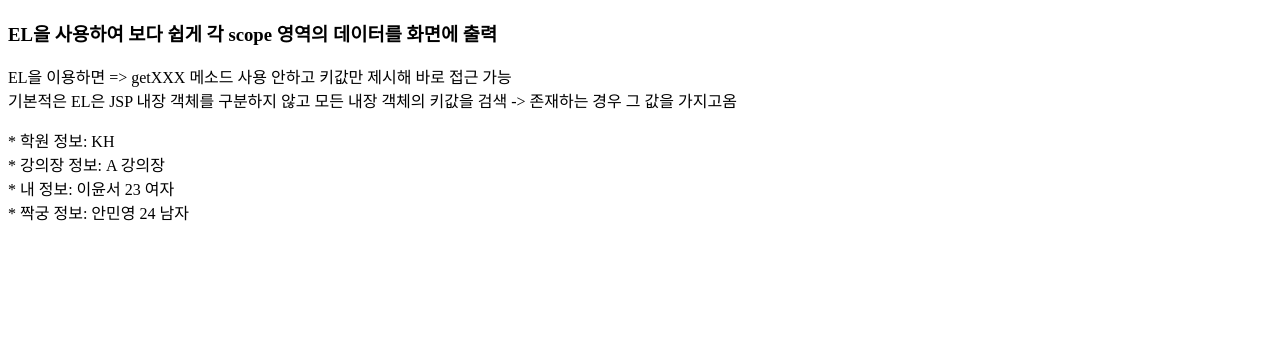
Repository: yoonseo0832/workspace
Page: http://localhost/2_jsp/el.do
An editor plug-in stored every save of this project. The page is shown before and after the next save, followed by the edit.
The browser window is 1280 px wide. The pictures show the whole page.
The page is served by Tomcat 9.

Above is the page before, as saved 2025-03-20 03:33:43.

### 05_server/2_jsp/src/main/webapp/views/2_EL/1_el.jsp
<%@ page language="java" contentType="text/html; charset=UTF-8"
    pageEncoding="UTF-8"%>
<%@ page import="model.vo.Student" %> <!-- 여러 개는 ,로 구분 -->
<!DOCTYPE html>
<html>
<head>
<meta charset="UTF-8">
<title>EL 기본 문법</title>
</head>
<body>
	<%--
	<h3>기존 방식(스크립틀릿, 표현식)으로 각 영역의 scope의 데이터를 화면에 출력</h3>
	<%
		//request scope의 데이터를 가져오기
		String classroom = (String)request.getAttribute("classroom");
		Student student = (Student)request.getAttribute("student");

		// session scope 의 데이터 가져오기
		String academy = (String)session.getAttribute("academy");
		Student std2 = (Student)session.getAttribute("student2");
	%>

	<p>
		* 학원 정보: <%=academy %><br>
		* 강의장 정보:  <%=classroom %><br>
		* 내 정보: <%=std2.getName() %>, <%=std2.getAge() %>, <%=std2.getGender() %><br>
		* 짝궁 정보: <%=student %><br>
	</p>
	--%>
	<h3>EL을 사용하여 보다 쉽게 각 scope 영역의 데이터를 화면에 출력</h3>
	<p>
		EL을 이용하면 => getXXX 메소드 사용 안하고 키값만 제시해 바로 접근 가능<br>
		기본적은 EL은 JSP 내장 객체를 구분하지 않고 모든 내장 객체의 키값을 검색 -> 존재하는 경우 그 값을 가지고옴
	</p>
	<p>
		* 학원 정보: ${ academy }<br>
		* 강의장 정보:  ${ classroom }<br>
		* 내 정보:	${ student2.name } ${ student2.age } ${ student2.gender }<br>
		* 짝궁 정보:	${ student.name } ${ student.age } ${ student.gender }
	</p>

</body>
</html>

### 05_server/2_jsp/src/main/java/controller/ELServlet.java
package controller;

import java.io.IOException;

import javax.servlet.ServletContext;
import javax.servlet.ServletException;
import javax.servlet.annotation.WebServlet;
import javax.servlet.http.HttpServlet;
import javax.servlet.http.HttpServletRequest;
import javax.servlet.http.HttpServletResponse;
import javax.servlet.http.HttpSession;

import model.vo.Student;

/**
 * Servlet implementation class ELServlet
 */
@WebServlet("/el.do")
public class ELServlet extends HttpServlet {
	private static final long serialVersionUID = 1L;

    /**
     * @see HttpServlet#HttpServlet()
     */
    public ELServlet() {
        super();
        // TODO Auto-generated constructor stub
    }

	/**
	 * @see HttpServlet#doGet(HttpServletRequest request, HttpServletResponse response)
	 */
	protected void doGet(HttpServletRequest request, HttpServletResponse response) throws ServletException, IOException {
		// TODO Auto-generated method stub
		/*
		 * JSP 내장 객체 종류
		 * => 데이터를 담을 수 있는 공간
		 *
		 * 1)  ServletContext (application scope)
		 * 		: 한 어플리케이션 당 1개 존재하는 객체
		 * 		해당 영역에 데이터를 담을 경우 어플리케이션 전역에서 사용 가능
		 * 2) HttpSession (session scope)
		 * 		: 한 브라우저 당 1개 존재하는 객체
		 * 		해당 영역에 데이터를 담을 경우 jsp/servlet 단에서 사용 가능*(공유 가능 범위)
		 * 3) HttpServletRequest (request scope)
		 * 		: 요청마다 매번 생성되는 객체
		 * 		해당 영역에 데이터를 담을 경우 request 객체를 포워딩 받는 응답 jsp에서만 사용 가능
		 * 4) PageContext (page scope)
		 * 		:  jsp 마다 존재하는 객체
		 * 		해당 페이지에서만 사용 가능
		 * ---------------------------------------------------------------------
		 * 위의 4개의 객체들에
		 * 		데이터를 담을 때 xxx.setAttribute("키값", "데이터");
		 * 		데이터를 꺼낼 때 xxx.getAttribute("키값");
		 * 		데이터를 지울 때 xxx.removeAttribute("키값");
		 */

		// request scope 에 데이터 담기
		request.setAttribute("classroom", "A 강의장");
		request.setAttribute("student", new Student("안민영", 24, "남자"));

		//session scope 에 데이터 담기
		HttpSession session = request.getSession();

		session.setAttribute("academy", "KH");

		session.setAttribute("student2", new Student("이윤서", 23, "여자"));

		// request, session scope에 동일한 키값으로 데이터 담기
		request.setAttribute("scope", "request!");
		request.setAttribute("scope", "session!");

		// application scope 에 데이터 담기
		ServletContext application = request.getServletContext();
		application.setAttribute("scope", "application!");

		// jsp 페이지로 응답하기
		request.getRequestDispatcher("/views/2_EL/1_el.jsp").forward(request, response);
	}

	/**
	 * @see HttpServlet#doPost(HttpServletRequest request, HttpServletResponse response)
	 */
	protected void doPost(HttpServletRequest request, HttpServletResponse response) throws ServletException, IOException {
		// TODO Auto-generated method stub
		doGet(request, response);
	}

}

### 05_server/2_jsp/src/main/java/model/vo/Student.java
package model.vo;

public class Student {
	private String name;
	private int age;
	private String gender;

	public Student() {
		super();
	}

	public Student(String name, int age, String gender) {
		this.name = name;
		this.age = age;
		this.gender = gender;
	}

	public String getName() {
		return name;
	}

	public void setName(String name) {
		this.name = name;
	}

	public int getAge() {
		return age;
	}

	public void setAge(int age) {
		this.age = age;
	}

	public String getGender() {
		return gender;
	}

	public void setGender(String gender) {
		this.gender = gender;
	}

	@Override
	public String toString() {
		return "Student [name=" + name + ", age=" + age + ", gender=" + gender + "]";
	}

}

After the next save:
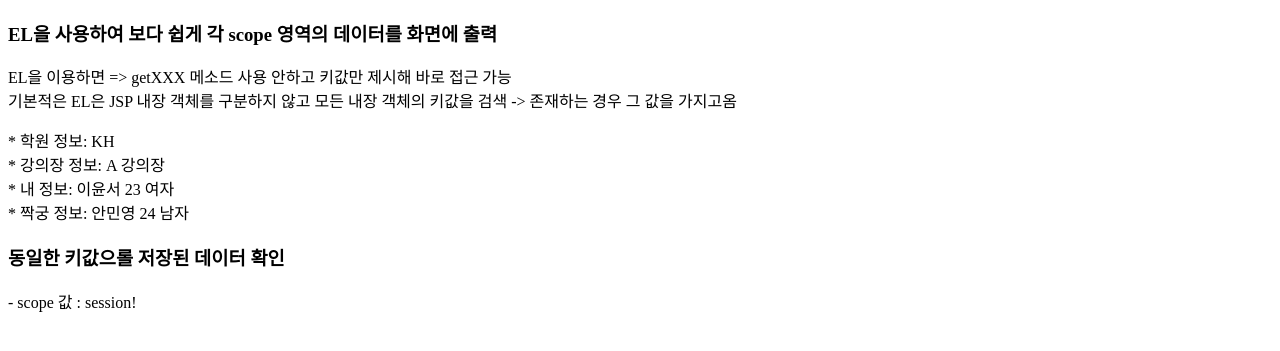
Saved 117 s later.
--- a/05_server/2_jsp/src/main/webapp/views/2_EL/1_el.jsp
+++ b/05_server/2_jsp/src/main/webapp/views/2_EL/1_el.jsp
@@ -38,6 +38,7 @@
 		* 내 정보:	${ student2.name } ${ student2.age } ${ student2.gender }<br>
 		* 짝궁 정보:	${ student.name } ${ student.age } ${ student.gender }
 	</p>
-
+	<h3>동일한 키값으롤 저장된 데이터 확인</h3>
+	- scope 값 : ${scope}
 </body>
 </html>
